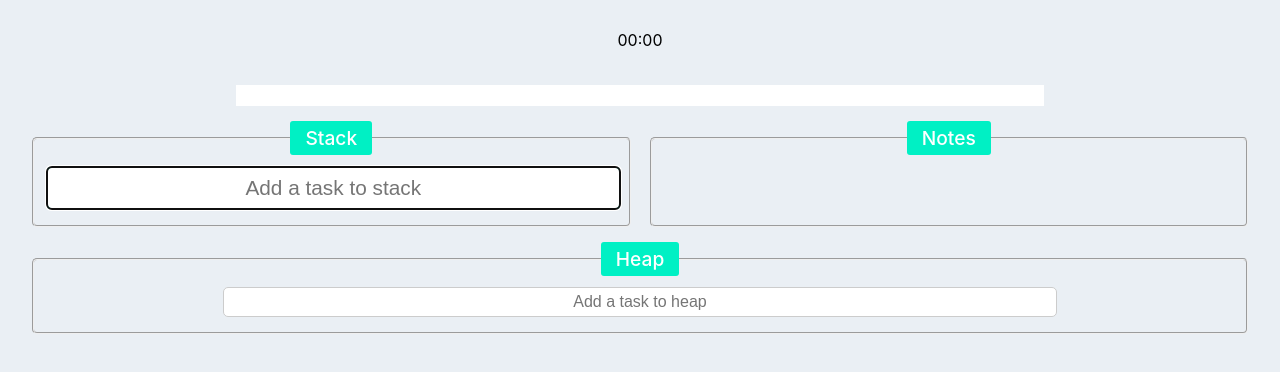
Repository: litalsh/Meeting-Managment-App
Page: /
These files come from the project's save history. The page is drawn as it stood at one moment and after the next save; the edit follows.
The browser window is 1280 px wide. The pictures show the whole page.
The project was rebuilt for these pictures with package versions that can differ from the ones it lists, and the page was loaded fresh each time. Also part of the build but not shown: src/components/Task/Task.css, src/components/Task/Task.js.

Above is the page before, as saved 2021-01-11 11:54:58.

After the next save:
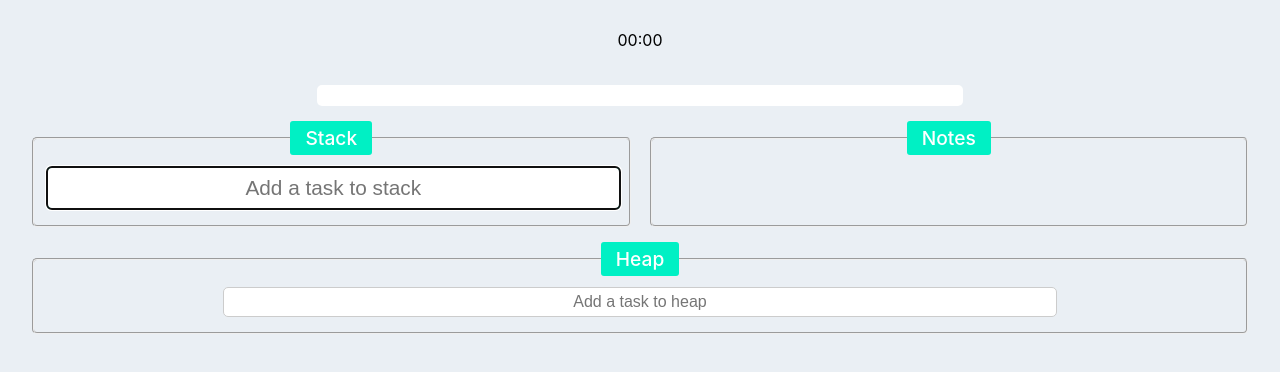
Saved 2 min 52 s later.
--- a/src/components/CurrentTask/CurrentTask.css
+++ b/src/components/CurrentTask/CurrentTask.css
@@ -2,4 +2,7 @@
   grid-column: 2/6;
   text-align: center;
   background-color: #fff;
+  width: 80%;
+  margin: 0 auto;
+  border-radius: 5px;
 }
